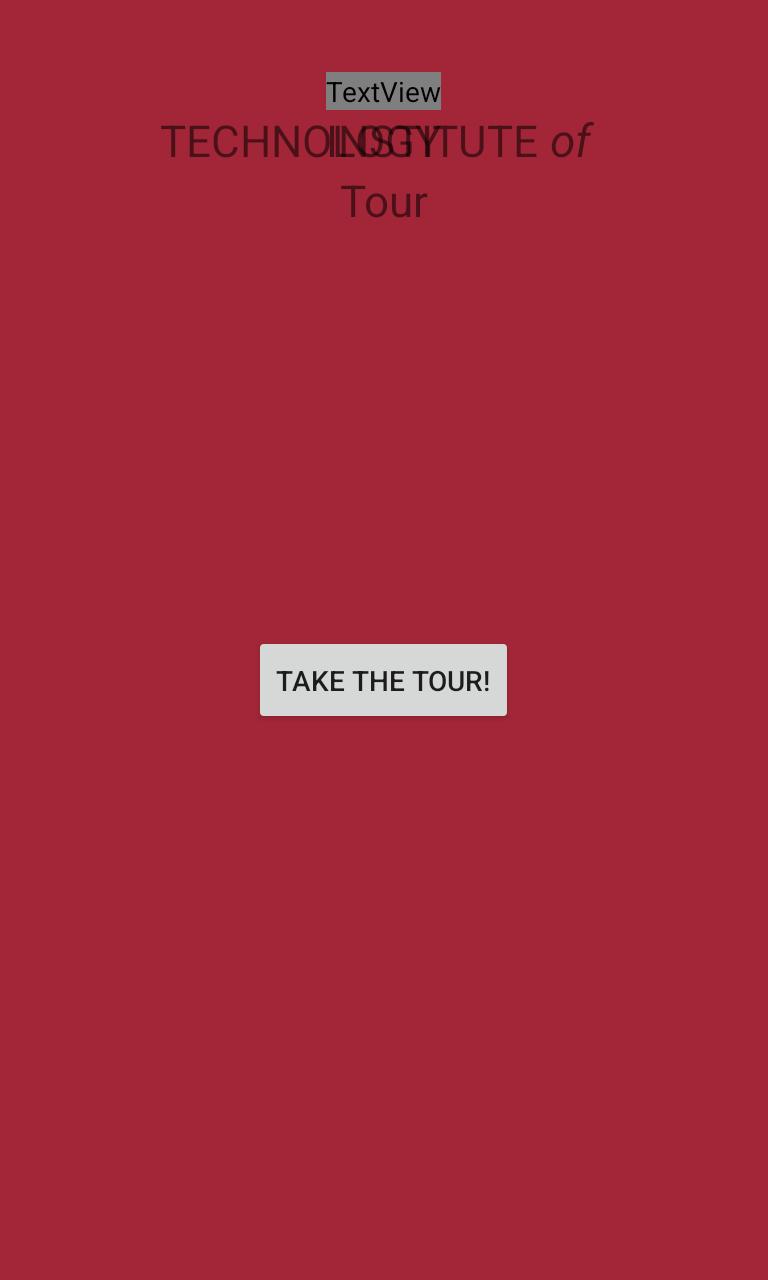
Repository: Klyros/StevensTourApp
Layout: StevensTourApp/res/layout/activity_home_screen.xml
The author's editor kept a copy of each file at every save. The layout is drawn from the files as they stood at one save, then again after the next save.
Pictures or frames that could not be fetched are drawn as grey boxes. It is drawn on a 768 x 1280 px phone screen (xhdpi) without system bars, with theme AppTheme; the app's code is not run.

Above is the layout before, as saved 2014-08-23 23:46:30.

### StevensTourApp/res/layout/activity_home_screen.xml
<RelativeLayout xmlns:android="http://schemas.android.com/apk/res/android"
    xmlns:tools="http://schemas.android.com/tools"
    android:layout_width="match_parent"
    android:layout_height="match_parent"
    android:paddingBottom="@dimen/activity_vertical_margin"
    android:paddingLeft="@dimen/activity_horizontal_margin"
    android:paddingRight="@dimen/activity_horizontal_margin"
    android:paddingTop="@dimen/activity_vertical_margin"
    tools:context="edu.stevens.stevenstourapp.HomeScreen" >



    <Button
        android:id="@+id/btnTour"
        android:layout_width="wrap_content"
        android:layout_height="wrap_content"
        android:layout_below="@+id/editText1"
        android:layout_centerHorizontal="true"
        android:layout_marginTop="300dp"
        android:text="Take the Tour!" />

    <TextView
        android:id="@+id/stevensTitle"
        android:layout_width="wrap_content"
        android:layout_height="wrap_content"
        android:layout_alignParentTop="true"
        android:layout_centerHorizontal="true"
		android:textSize="80sp"
		android:fontFamily="Angleterre Book"
        android:layout_marginTop="20dp"
        android:text="Stevens" />

        <TextView
            android:id="@+id/stevensInstitute"
            android:layout_width="wrap_content"
            android:layout_height="wrap_content"
            android:layout_alignLeft="@+id/stevensTitle"
            android:layout_below="@+id/stevensTitle"
            android:textSize="22sp"
            android:text="INSTITUTE " />

        <TextView
            android:id="@+id/stevensOf"
            android:layout_width="wrap_content"
            android:layout_height="wrap_content"
            android:layout_alignBaseline="@+id/stevensInstitute"
            android:layout_alignBottom="@+id/stevensInstitute"
            android:layout_toRightOf="@+id/stevensInstitute"
            android:textStyle="italic"
            android:textSize="23sp"
            android:text="of " />

        <TextView
            android:id="@+id/stevensTechnology"
            android:layout_width="wrap_content"
            android:layout_height="wrap_content"
            android:layout_alignBaseline="@+id/stevensOf"
            android:layout_alignBottom="@+id/stevensOf"
            android:layout_alignRight="@+id/stevensTitle"
            android:text="TECHNOLOGY"
            android:textSize="22sp" />

        <TextView
            android:id="@+id/textStevensTour"
            android:layout_width="wrap_content"
            android:layout_height="wrap_content"
            android:layout_centerHorizontal="true"
            android:layout_below="@+id/stevensOf"
            android:textSize="22sp"
            android:text="Tour" />

</RelativeLayout>

### StevensTourApp/res/values/colors.xml
<?xml version="1.0" encoding="utf-8"?>
<resources>
    <color name="background">#A32638</color>
</resources>

Loaded but not shown: StevensTourApp/res/values/styles.xml (common file); StevensTourApp/res/values-v11/styles.xml (common file); StevensTourApp/res/values-v14/styles.xml (common file); StevensTourApp/res/values/dimens.xml (common file); StevensTourApp/res/values-w820dp/dimens.xml (common file)

After the next save:
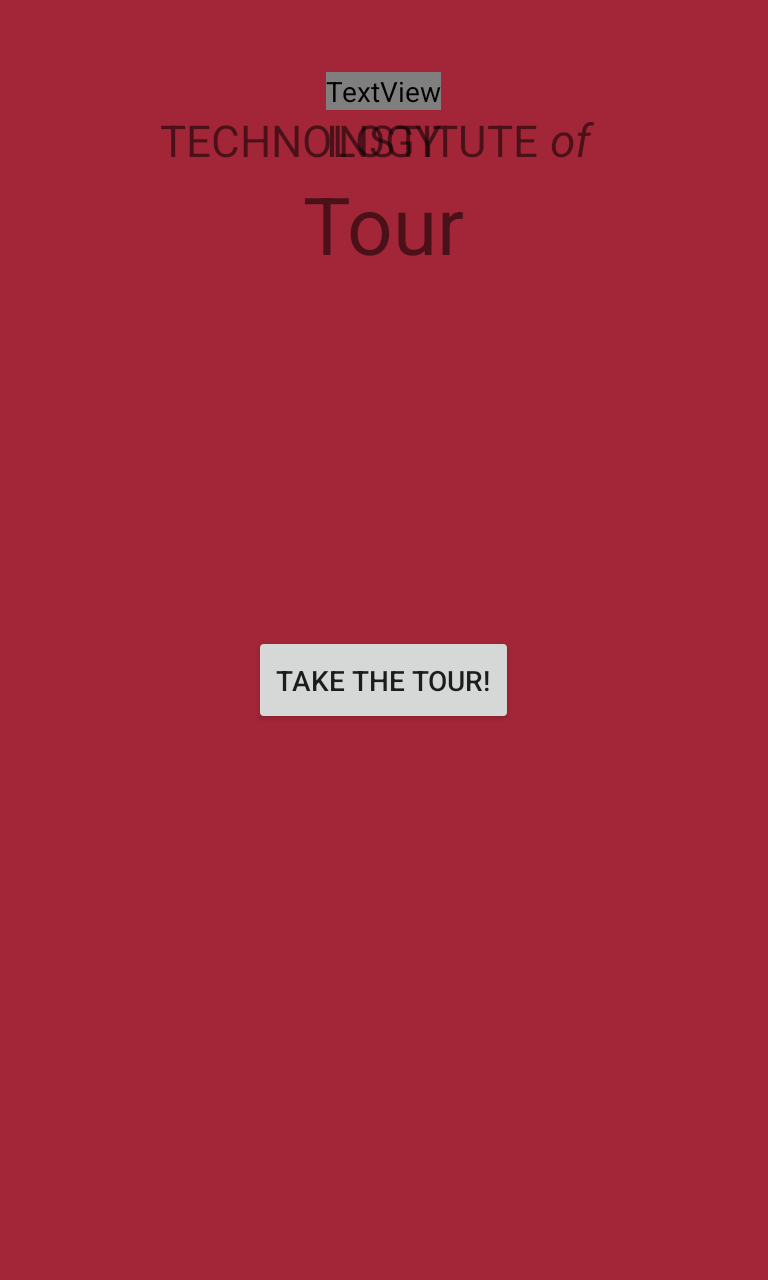
Saved 9 s later.
--- a/StevensTourApp/res/layout/activity_home_screen.xml
+++ b/StevensTourApp/res/layout/activity_home_screen.xml
@@ -66,7 +66,7 @@
             android:layout_height="wrap_content"
             android:layout_centerHorizontal="true"
             android:layout_below="@+id/stevensOf"
-            android:textSize="22sp"
+            android:textSize="40sp"
             android:text="Tour" />
 
 </RelativeLayout>
